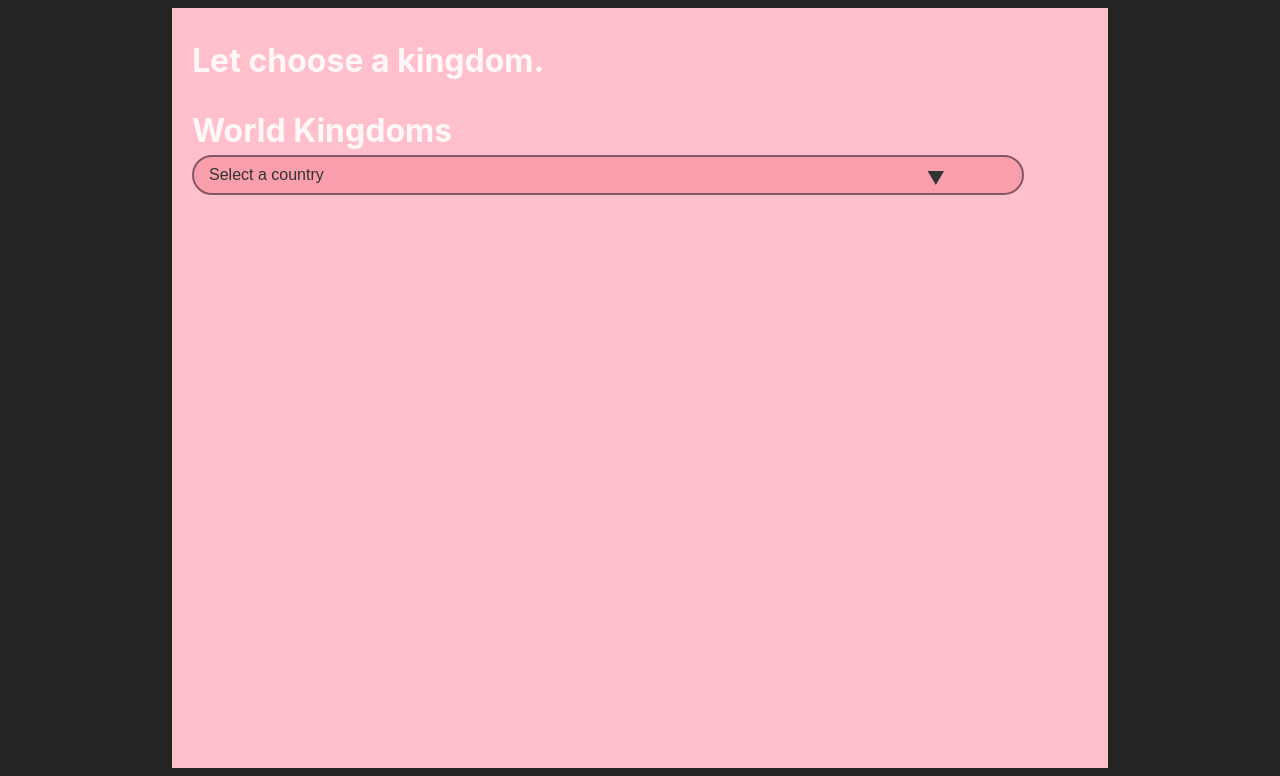
Repository: MonicaNguyenH/Lab-7_Frontend
Page: /countries
An editor plug-in stored every save of this project. The page is shown before and after the next save, followed by the edit.
The browser window is 1280 px wide. The pictures show the whole page.
The page's requests for data from a server got no answer. The project was rebuilt for these pictures with package versions that can differ from the ones it lists, and the page was loaded fresh each time. No one was signed in, and anything a server would have sent is missing. Also part of the build but not shown: vite.config.js, src/Details.jsx.

Above is the page before, as saved 2024-11-23 18:50:19.

### src/main.jsx
import React from 'react';
import ReactDOM from 'react-dom/client';
import App from './App';
import './index.css'; // Import your global CSS styles

ReactDOM.createRoot(document.getElementById('root')).render(
  <React.StrictMode>
    <App />
  </React.StrictMode>
);

### src/App.jsx
import { BrowserRouter as Router, Routes, Route } from 'react-router-dom';
import Countries from './Contries';
import Details from './Details';

export default function App() {
  return (
    <div className="container">
      <Router>
      <Routes>
        <Route
          path="/"
          element={
            <div className="contentBox">
              <h1>Welcome!</h1>
              <Countries />
            </div>
          }
        />
        <Route
          path="/countries"
          element={
            <div className="contentBox">
              <h1>Let choose a kingdom.</h1>
              <Countries />
            </div>
          }
        />
        <Route path="countries/:cca2" element={<Details />} />
      </Routes>
    </Router>
  </div>
  );
}

### src/index.css
:root {
  font-family: Inter, system-ui, Avenir, Helvetica, Arial, sans-serif;
  line-height: 1.5;
  font-weight: 400;

  color-scheme: light dark;
  color: rgba(255, 255, 255, 0.87);
  background-color: #242424;

  font-synthesis: none;
  text-rendering: optimizeLegibility;
  -webkit-font-smoothing: antialiased;
  -moz-osx-font-smoothing: grayscale;
}

h1 {
  margin-bottom: 0;
  padding-bottom: 0;
}

.contentBox {
  display: flex;
  flex-direction: column;
  align-content: flex-start;
  align-items: flex-start;
  justify-content: center;
  position: absolute;
  top: 1rem;
  margin: 0 auto;
}

.container {
  width: 70vw;
  min-height: 100vh;
  margin: auto;
  background-color: pink;
  display: flex;
  justify-content: center;
  flex-direction: column;
  align-content: flex-start;
  align-items: flex-start;
  align-self: start;
  padding: 20px;
}

.box,
.info {
  display: flex;
  justify-content: center;
  flex-direction: column;
  position: relative; /* To position the custom arrow inside the select */
  width: 60vw; /* Matches the width of the select */
  margin: auto;
  align-content: flex-start;
  align-items: flex-start;
  align-self: start;
}

select {
  appearance: none; /* Remove default dropdown arrow */
  -webkit-appearance: none; /* Safari support */
  -moz-appearance: none; /* Firefox support */
  background-color: rgb(248, 158, 173); /* Background color */
  border: 2px solid #815863; /* Border color */
  border-radius: 20px; /* Rounded corners */
  padding: 5px; /* Padding inside the dropdown */
  font-size: 16px; /* Font size */
  color: #333; /* Font color */
  width: 65vw; /* Width of the dropdown */
  height: 40px;
  cursor: pointer; /* Change cursor to pointer */
  margin: auto;
  align-items: center;
  padding-left: 15px;
}

.box::after {
  content: "▼"; /* Custom dropdown arrow */
  position: absolute;
  right: 15px; /* Position arrow to the right */
  top: 85%; /* Center vertically */
  transform: translateY(-50%); /* Adjust for perfect centering */
  pointer-events: none; /* Make sure the arrow does not block clicks */
  color: #333; /* Arrow color */
  font-size: 18px; /* Adjust arrow size */
}

select:focus {
  outline: none; /* Remove default focus outline */
  border-color: #b03866; /* Focus border color */
  box-shadow: 0 0 5px rgba(0, 123, 255, 0.5); /* Optional focus shadow */
}

option {
  font-size: 16px;
}

### src/Contries.jsx
import { useState, useEffect } from "react";
import { useNavigate, Outlet } from "react-router-dom";

export default function Countries() {
  const [countries, setCountries] = useState([]);
  const [selectedCountry, setSelectedCountry] = useState("");
  const navigate = useNavigate();

  useEffect(() => {
    fetch("https://restcountries.com/v3.1/name/kingdom")
      .then((response) => {
        if (!response.ok) {
          throw new Error("Network response was not ok");
        }
        return response.json();
      })
      .then((data) => setCountries(data))
      .catch((error) => console.error("Error fetching countries:", error));
  }, []);

  const handleCountrySelect = (e) => {
    const value = e.target.value;

    // Handle navigation based on selection
    if (value === "") {
      navigate("/countries"); // Navigate to /countries page
    } else {
      const selected = countries.find((country) => country.cca2 === value);
      if (selected) {
        setSelectedCountry(selected);
        navigate(`/countries/${selected.cca2}`, { state: { data: selected } });
      }
    }
  };

  return (
    <div className="box">
      <h1 className="title">World Kingdoms</h1>
      <select onChange={handleCountrySelect} value={selectedCountry?.cca2 || ""}>
        {/* Default option to navigate to /countries */}
        <option value="">Select a country</option>
        {/* Dynamically populate dropdown with country data */}
        {countries.map((country) => (
          <option key={country.cca2} value={country.cca2}>
            {country.name.common}
          </option>
        ))}
      </select>
      <Outlet />
    </div>
  );
}

Loaded but not shown: index.html (common file)

After the next save:
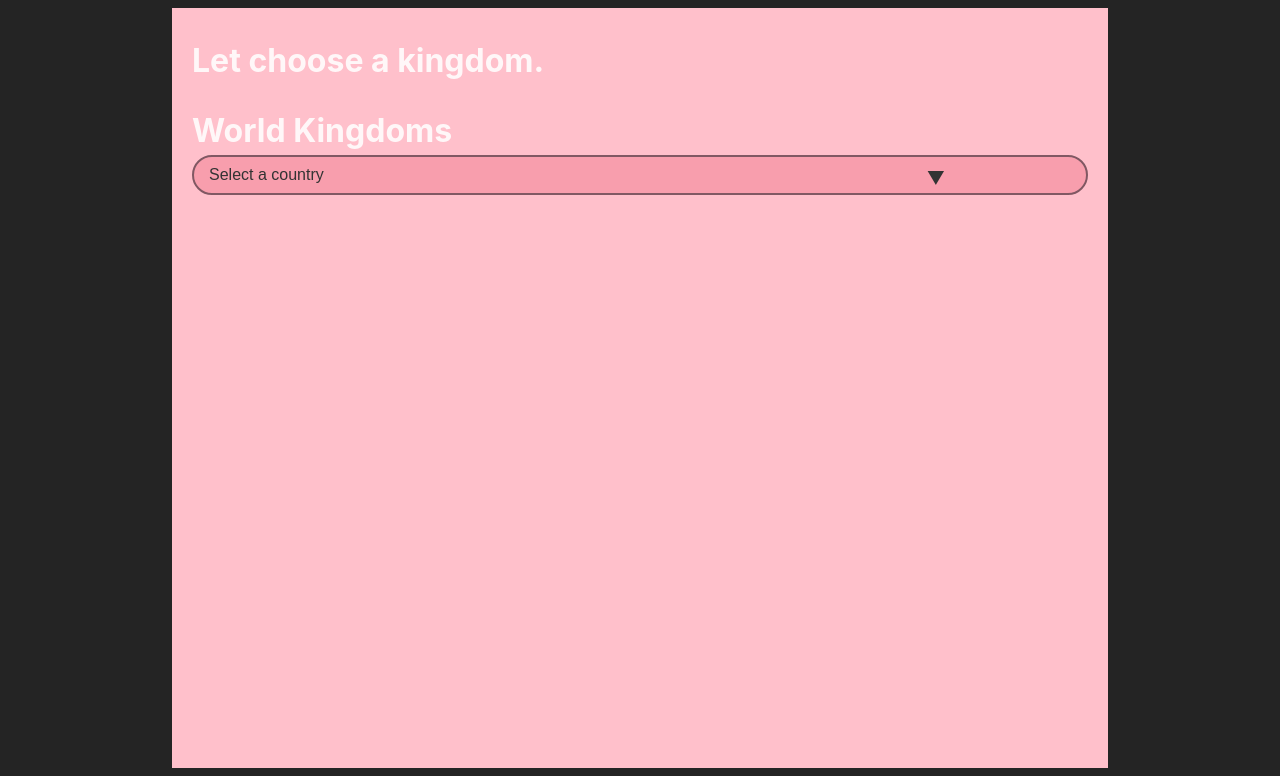
Saved 4 s later.
--- a/src/index.css
+++ b/src/index.css
@@ -66,7 +66,7 @@ select {
   padding: 5px; /* Padding inside the dropdown */
   font-size: 16px; /* Font size */
   color: #333; /* Font color */
-  width: 65vw; /* Width of the dropdown */
+  width: 70vw; /* Width of the dropdown */
   height: 40px;
   cursor: pointer; /* Change cursor to pointer */
   margin: auto;
